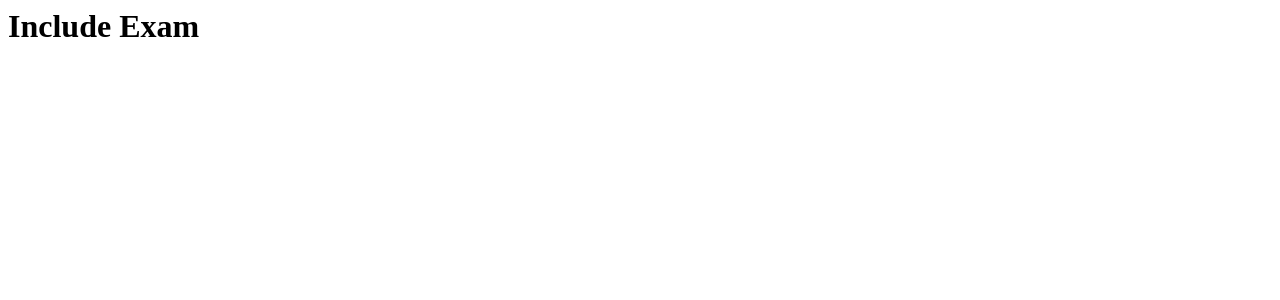
Repository: kimwoongasd/JSPAndServlet
Page: http://localhost/day1221/08_directive.jsp
The author's editor kept a copy of each file at every save. The page is drawn from the files as they stood at one save, then again after the next save.
The browser window is 1280 px wide. The pictures show the whole page.
The page is served by Tomcat 9.

Above is the page before, as saved 2023-12-21 01:43:41.

After the next save:
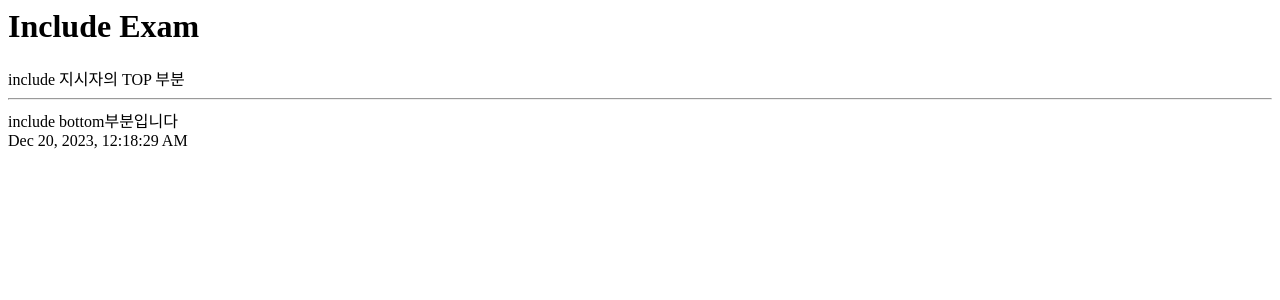
Saved 27 s later.
--- a/day1221/src/main/webapp/08_directive.jsp
+++ b/day1221/src/main/webapp/08_directive.jsp
@@ -3,3 +3,5 @@
 
 
 <h1>Include Exam</h1>
+<%@ include file="top.jsp" %>
+<%@ include file="bottom.jsp" %>
